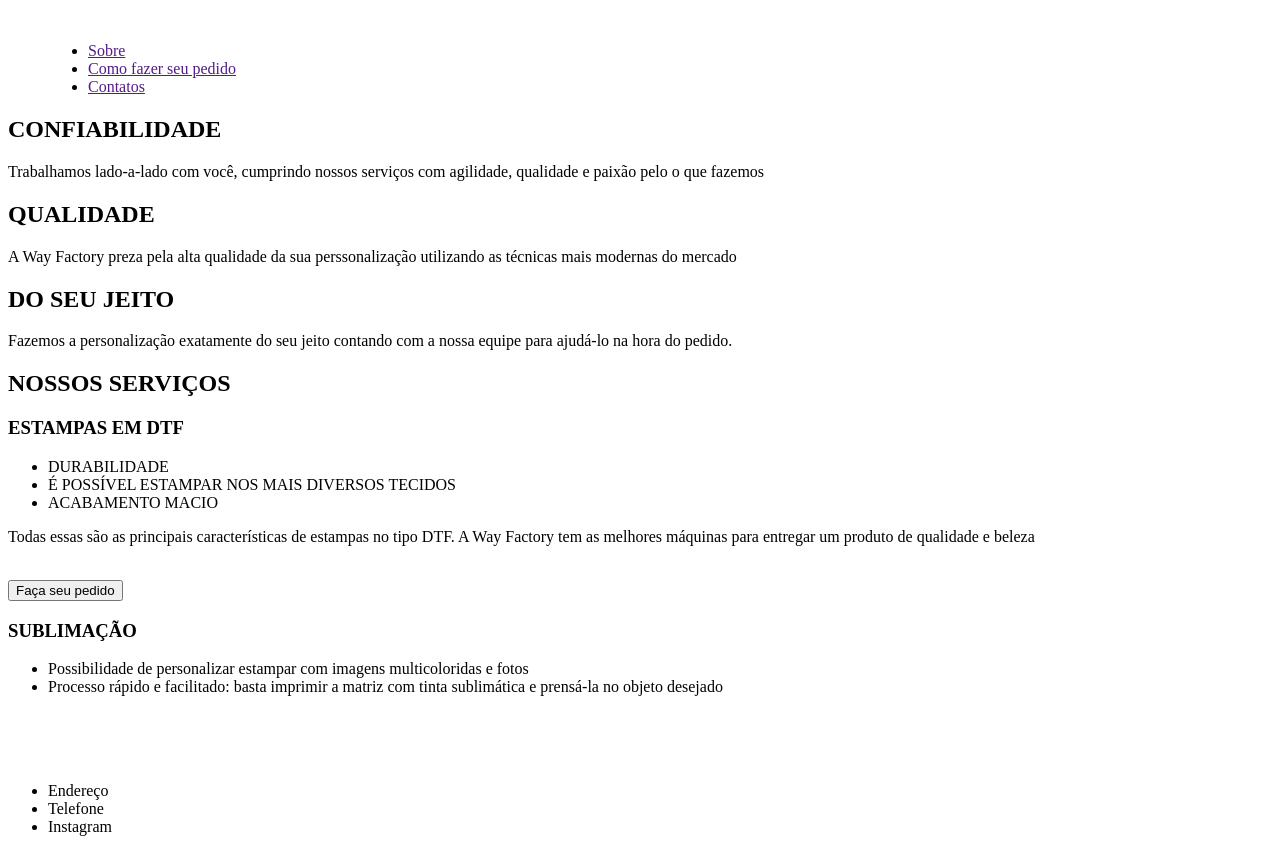
Repository: Leonngc/way-factory
Page: index.html
An editor plug-in stored every save of this project. The page is shown before and after the next save, followed by the edit.
The browser window is 1280 px wide. The pictures show the whole page.
Some icons come from a web library that is not loaded, so they are not drawn.

Above is the page before, as saved 2023-02-07 20:11:53.

### index.html
<!DOCTYPE html>
<html lang="pt-br">
  <head>
    <meta charset="UTF-8" />
    <meta http-equiv="X-UA-Compatible" content="IE=edge" />
    <meta name="viewport" content="width=device-width, initial-scale=1.0" />
    <link rel="shortcut icon" href="favicon.ico" type="image/x-icon" />
    <link
      rel="stylesheet"
      href="https://cdn-uicons.flaticon.com/uicons-bold-rounded/css/uicons-bold-rounded.css"
    />
    <title>Way Factory</title>
  </head>
  <body>
    <header>
      <img src="" alt="" id="logo" />
      <menu>
        <ul>
          <i class="fi fi-br-menu-burger" id="menu-burguer"></i>
          <li><a href="">Sobre</a></li>
          <li><a href="">Como fazer seu pedido</a></li>
          <li><a href="">Contatos</a></li>
        </ul>
      </menu>
    </header>

    <main>
      <div class="container-slogan">
        <div class="slogans">
          <h2>CONFIABILIDADE</h2>
          <p>
            Trabalhamos lado-a-lado com você, cumprindo nossos serviços com
            agilidade, qualidade e paixão pelo o que fazemos
          </p>
        </div>

        <div class="slogans">
          <h2>QUALIDADE</h2>
          <p>
            A Way Factory preza pela alta qualidade da sua perssonalização
            utilizando as técnicas mais modernas do mercado
          </p>
        </div>

        <div class="slogans">
          <h2>DO SEU JEITO</h2>
          <p>
            Fazemos a personalização exatamente do seu jeito contando com a
            nossa equipe para ajudá-lo na hora do pedido.
          </p>
        </div>
      </div>

      <section>
        <h2>NOSSOS SERVIÇOS</h2>
        <div>
            <h3>ESTAMPAS EM DTF</h3>
            <div>
                <ul>
                    <li>DURABILIDADE</li>
                    <li>É POSSÍVEL ESTAMPAR NOS MAIS DIVERSOS TECIDOS</li>
                    <li>ACABAMENTO MACIO</li>
                </ul>

                <p> Todas essas são as principais características de estampas no tipo DTF. A Way Factory tem as melhores máquinas para entregar um produto de qualidade e beleza</p>
            </div>
          <img src="" alt="" />
        </div>
            <button>Faça seu pedido</button>
        <div>

                <h3>SUBLIMAÇÃO</h3>
               <div>
                <ul>
                    <li>Possibilidade de personalizar estampar com imagens multicoloridas e fotos</li>
                    <li>Processo rápido e facilitado:  basta imprimir a matriz com tinta sublimática e prensá-la no objeto desejado
                    </li>
                </ul>
            </div>
          <img src="" alt="" />

        </div>

        <div>
          <img src="" alt="" />
          <legend></legend>
        </div>

        <div>
          <img src="" alt="" />
        </div>
      </section>
    </main>

    <footer>
      <ul>
        <li>Endereço</li>
        <li>Telefone</li>
        <li>Instagram</li>
      </ul>
    </footer>
  </body>
</html>

After the next save:
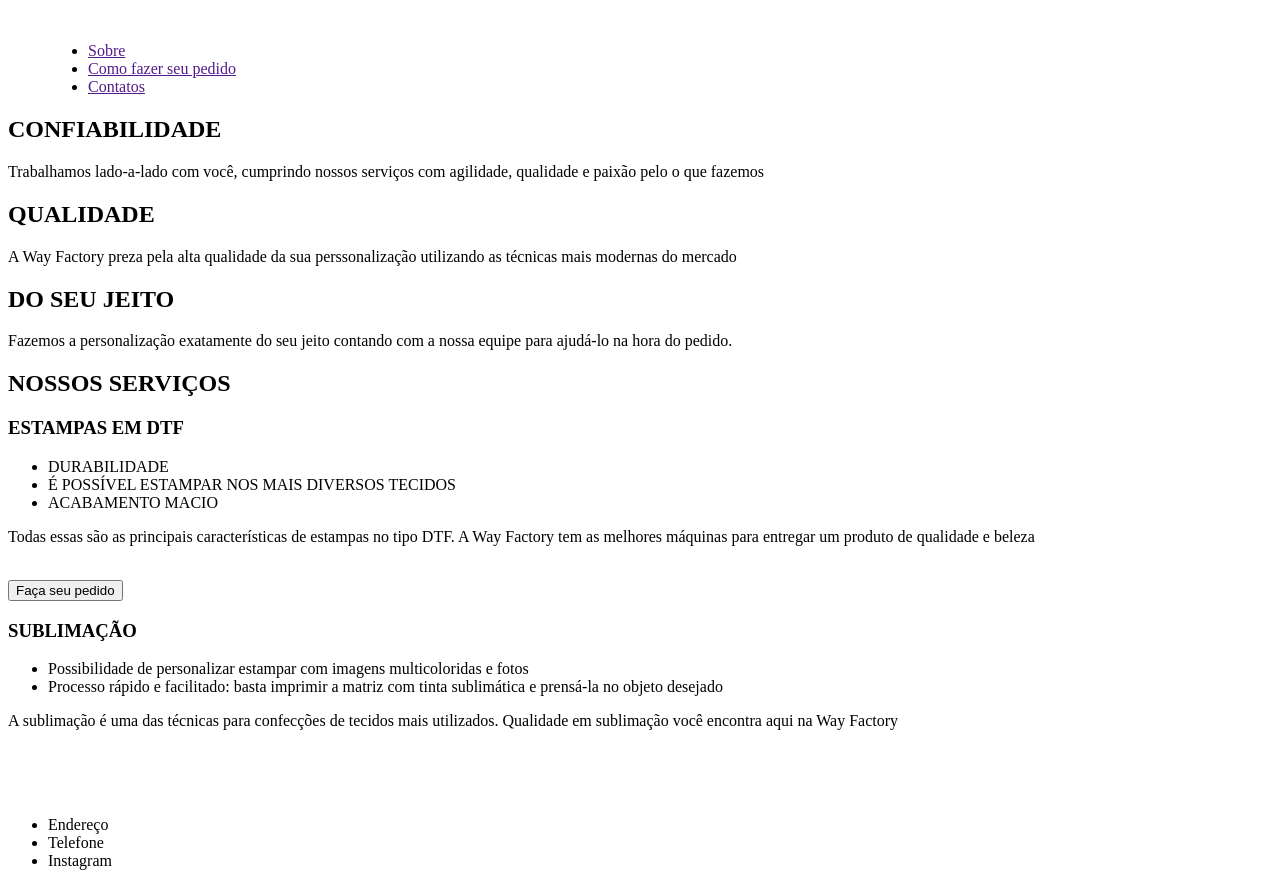
Saved 32 s later.
--- a/index.html
+++ b/index.html
@@ -76,6 +76,7 @@
                     <li>Processo rápido e facilitado:  basta imprimir a matriz com tinta sublimática e prensá-la no objeto desejado
                     </li>
                 </ul>
+                <p>A sublimação é uma das técnicas para confecções de tecidos mais utilizados. Qualidade em sublimação você encontra aqui na Way Factory</p>
             </div>
           <img src="" alt="" />
 
